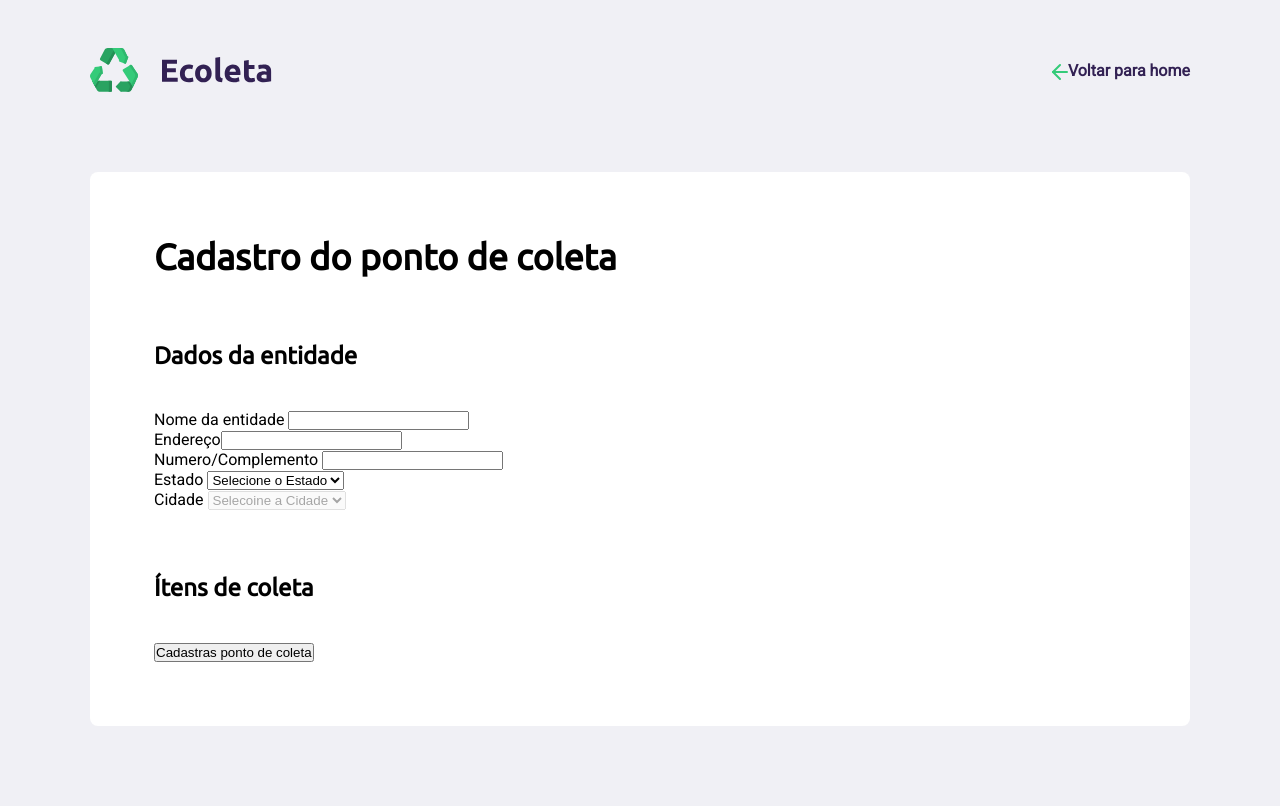
Repository: ivobass/NextLevelWeek
Page: create-point.html
These files come from the project's save history. The page is drawn as it stood at one moment and after the next save; the edit follows.
The browser window is 1280 px wide. The pictures show the whole page.

Above is the page before, as saved 2020-06-02 23:44:33.

### create-point.html
<!DOCTYPE html>
<html lang="pt">

<head>
    <meta charset="UTF-8">
    <!--aceita caracteres especiais-->
    <meta name="viewport" content="width=device-width, initial-scale=1.0">
    <title>Criar um ponto de Ecoleta</title>

    <link href="https://fonts.googleapis.com/css2?family=Roboto&family=Ubuntu:wght:wght@300;700&display=swap" rel="stylesheet">
    <link rel="stylesheet" href="/styles/main.css">
    <link rel="stylesheet" href="/styles/create-point.css">

    <link rel="stylesheet" href="/styles/responsive.css">

</head>

<body>

    <div id="page-create-point">



        <header>
            <img src="/assets/logo.svg " alt="logomarca">
            <a href=""><span></span>Voltar para home </a>

        </header>
        <form action="">
            <h1>Cadastro do ponto de coleta</h1>

            <fieldset>
                <legend>
                    <h2>Dados da entidade</h2>
                </legend>
                <div class="field">
                    <label for="">Nome da entidade</label>
                    <input type="text" name="name">
                </div>
                <div class="field-group">
                    <div class="field">
                        <label for="address">Endereço</label
                            ><input type="text" name="address">

                    </div>
                    <div class="field">
                        <label for="address">Numero/Complemento </label
                            ><input type="text" name="address2">
                    </div>
                </div>


                <div class="field-group">
                    <div class="field">
                        <label for="state">Estado </label>
                        <select name="uf">
                            <option value="">Selecione o Estado</option>
                        </select>
                    </div>
                    <div class="field">
                        <label for="city">Cidade</label>
                        <select name="city" disabled>
                            <option value="">Selecoine a Cidade</option>
                        </select>

                    </div>

                </div>

            </fieldset>





            <fieldset>
                <legend>
                    <h2>Ítens de coleta</h2>
                </legend>


            </fieldset>

            <button type="submit">Cadastras ponto de coleta</button>

        </form>


    </div>




</body>

</html>

### styles/main.css
:root {
    --title-color: #322153;
    --primary-color: #34cb79;
}

* {
    margin: 0;
    padding: 0;
    box-sizing: border-box;
}

html {
    font-family: Roboto, sans-serif;
}

body {
    background-color: #f0f0f5;
    -webkit-font-smoothing: antialiased;
}

a {
    text-decoration: none;
}

h1,
h2,
h3,
h4,
h5,
h6 {
    --title-color: #322153;
    font-family: 'Ubuntu', sans-serif;
}


/* BOX MODEL
modelo de caixas
        toda caixa tem:
        largura, altura, espaçamento, prenchimento,
        bordas, cor, fundo, maneira como é vista por html (display)
posicionamento, alinhamentos.
        */

### styles/create-point.css
#page-create-point {
    width: 90%;
    max-width: 1100px;
    /* alinhamento da caixa por o lado de fora da caixa */
    /* height: 100%; */
    margin: 0 auto;
    /* display: flex;
    flex-direction: column; */
}

#page-create-point header {
    margin-top: 48px;
    display: flex;
    align-items: center;
    justify-content: space-between;
}

#page-create-point header a {
    display: flex;
    color: var( --title-color);
    font-weight: bold;
    align-items: center;
}

#page-create-point header a span {
    margin-left: 16px;
    display: flex;
    background-image: url('/assets/arrow-left.svg');
    display: flex;
    width: 20px;
    height: 20px;
}

form {
    background-color: white;
    margin: 80px auto;
    /* prenchimento */
    padding: 64px;
    border-radius: 8px;
    min-width: 730px;
}

form h1 {
    font-size: 36px;
}

form fieldset {
    margin-top: 64px;
    border: 0;
}

form legend {
    margin-bottom: 40px;
}

form legend h2 {
    font-size: 24px;
}

form .field {
    flex: 1;
    display: 0;
}

### styles/responsive.css
@media(max-width: 900px) {
    #page-home {
        background-position-x: 70vw;
    }
    #page-home .content {
        align-items: center;
        text-align: center;
    }
    #page-home header a {
        position: absolute;
        bottom: 48px;
        left: 50%;
        transform: translateX(-50%);
    }
    #page-home main {
        align-items: center;
    }
}

@media(min-width: 1700px) {
    #page-home {
        background-position-x: 40vw;
    }
}

@media(max-heigth: 760px) {
    #page-home {
        background-position-y: 1000px;
    }
}

### assets/arrow-left.svg
<svg xmlns="http://www.w3.org/2000/svg" width="24" height="24" viewBox="0 0 24 24" fill="none" stroke="#34CB79" stroke-width="2" stroke-linecap="round" stroke-linejoin="round" class="feather feather-arrow-left"><line x1="19" y1="12" x2="5" y2="12"></line><polyline points="12 19 5 12 12 5"></polyline></svg>

After the next save:
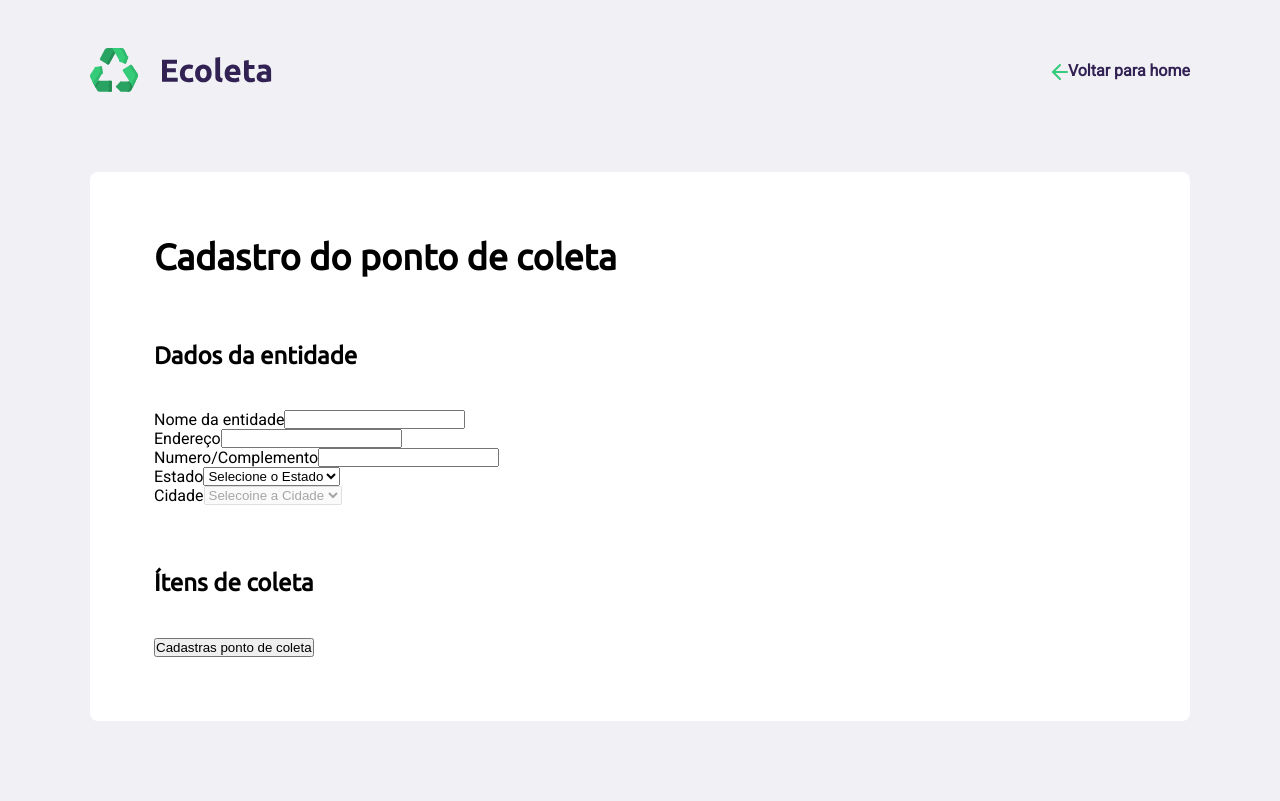
Saved 8 s later.
--- a/styles/create-point.css
+++ b/styles/create-point.css
@@ -59,5 +59,5 @@ form legend h2 {
 
 form .field {
     flex: 1;
-    display: 0;
+    display: flex;
 }
